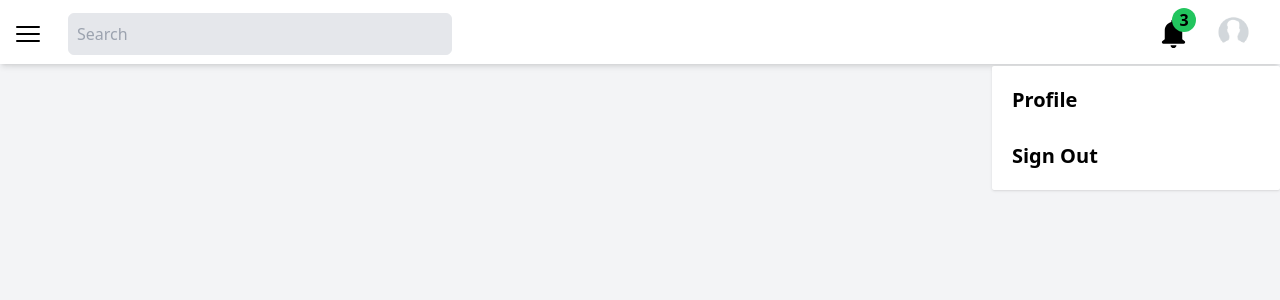
Repository: IssaMuiz/ifarmstock-admin
Page: /api/reset-password
An editor plug-in stored every save of this project. The page is shown before and after the next save, followed by the edit.
The browser window is 1280 px wide. The pictures show the whole page.
The page's requests for data from a server got no answer. The project was rebuilt for these pictures with package versions that can differ from the ones it lists, and the page was loaded fresh each time. The framework's server and built-in components were replaced by stand-ins that run in the browser. No one was signed in, and anything a server would have sent is missing. Also part of the build but not shown: next.config.mjs.

Above is the page before, as saved 2024-10-08 15:16:36.

After the next save:
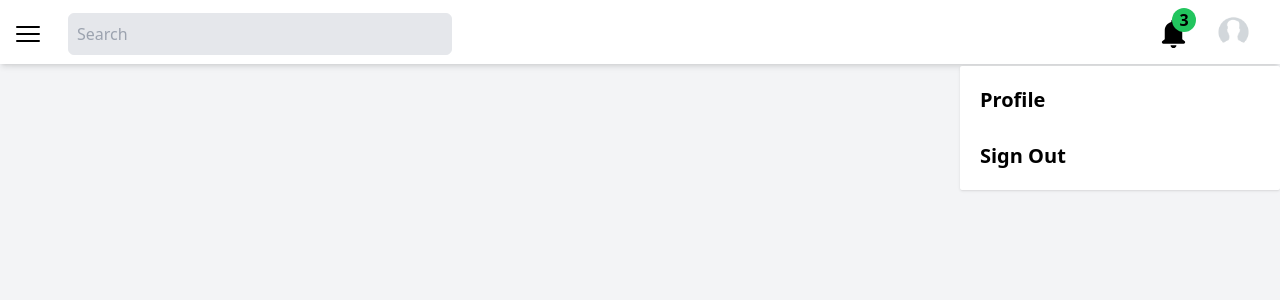
Saved 50 s later.
--- a/components/navbar.tsx
+++ b/components/navbar.tsx
@@ -68,7 +68,7 @@
                 <p>{session?.user?.email}</p>
               </div>
             </div>
-            <div className="bg-white shadow top-14 -right-2 absolute w-60 md:w-72 text-xl font-semibold rounded-sm">
+            <div className="bg-white shadow top-14 -right-2 absolute w-60 md:w-80 text-xl font-semibold rounded-sm">
               <div className="p-5 flex flex-col gap-7">
                 <p>Profile</p>
                 <p>Sign Out</p>

After the save that followed:
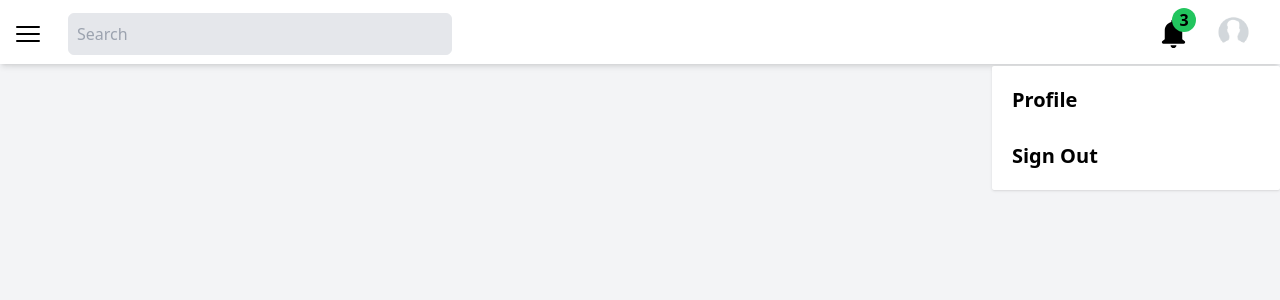
Saved 73 s later.
--- a/components/navbar.tsx
+++ b/components/navbar.tsx
@@ -68,7 +68,7 @@
                 <p>{session?.user?.email}</p>
               </div>
             </div>
-            <div className="bg-white shadow top-14 -right-2 absolute w-60 md:w-80 text-xl font-semibold rounded-sm">
+            <div className="bg-white shadow top-14 -right-2 absolute w-60 md:w-[18rem] text-xl font-semibold rounded-sm">
               <div className="p-5 flex flex-col gap-7">
                 <p>Profile</p>
                 <p>Sign Out</p>
